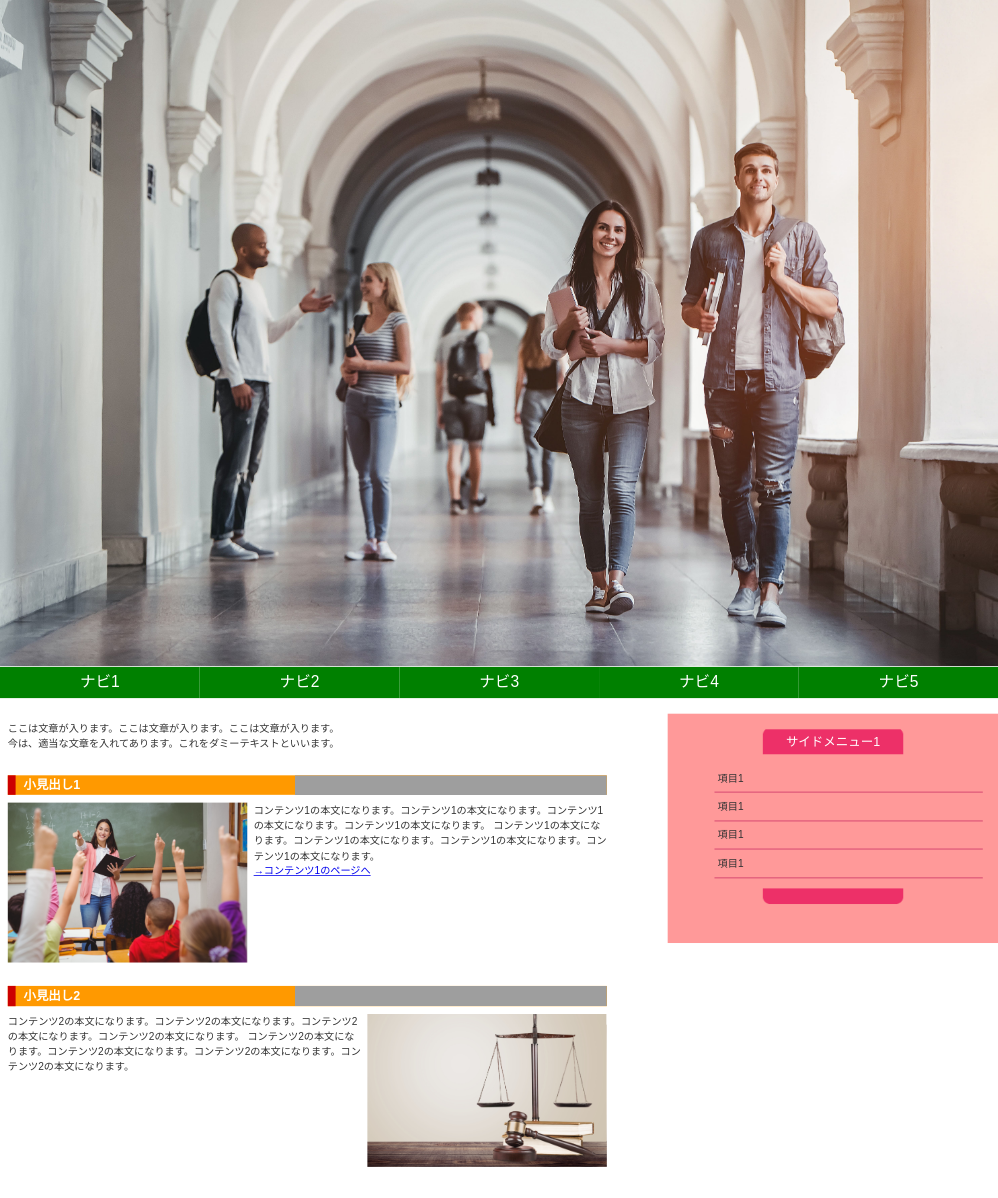
Repository: saekato/HTML
Page: home.html
The author's editor kept a record of every edit. The page is drawn from the files as they stood at one moment, then again after the next edit.
The browser window is 1280 px wide. The pictures show the whole page, at 78% of full size.
Pictures or frames that could not be fetched are drawn as grey boxes.

Above is the page before.

After the next edit:
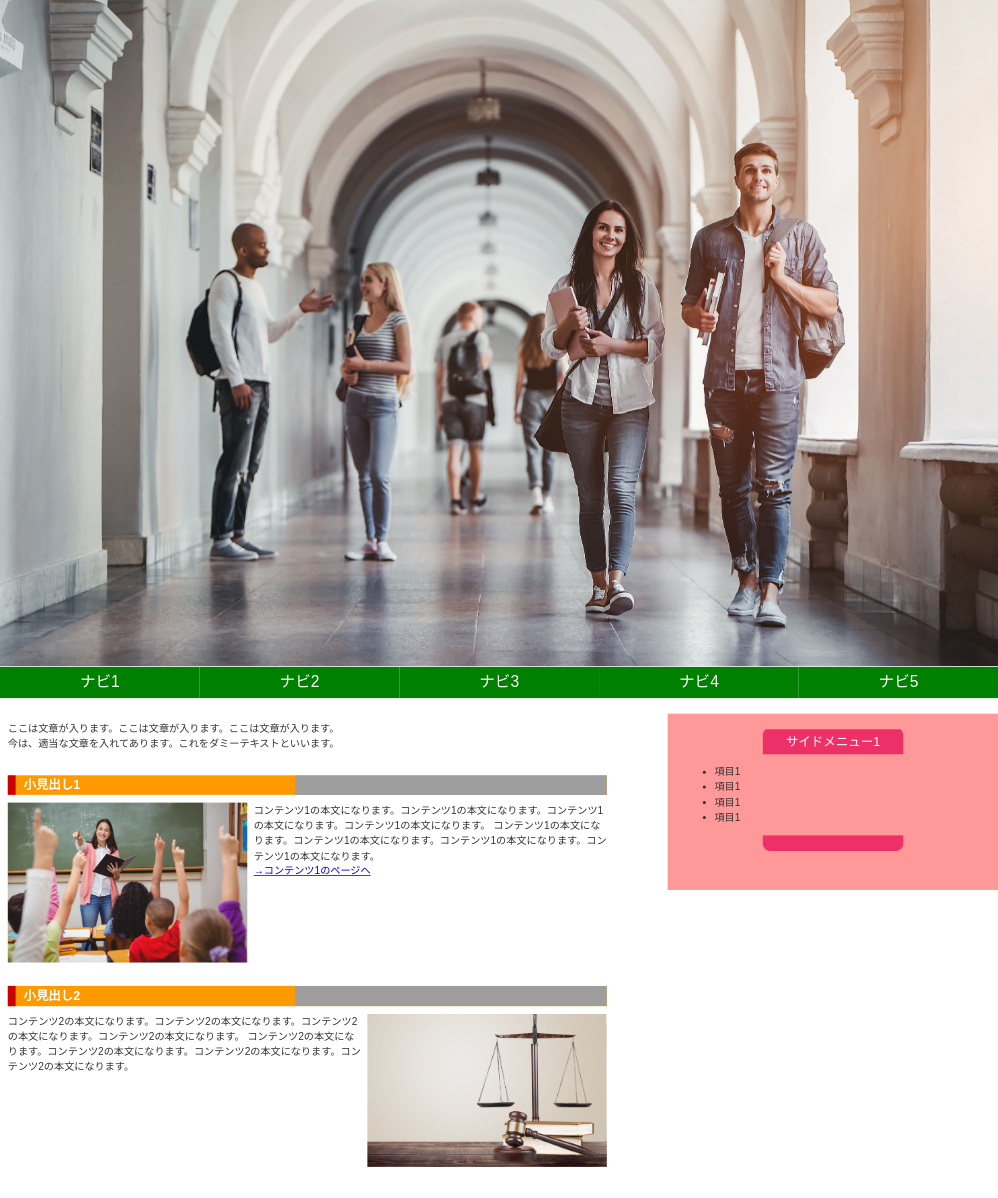
The edit:
--- a/stylesheet.css
+++ b/stylesheet.css
@@ -167,7 +167,7 @@
     margin: 0 0 16px 0;
     padding: 0
 }
-#side .box .boxbody ul li {
+#side .box .boxBody ul li {
     padding: 8px 0 8px 4px;
     list-style: none;
     border-bottom: solid 1px #C36;
